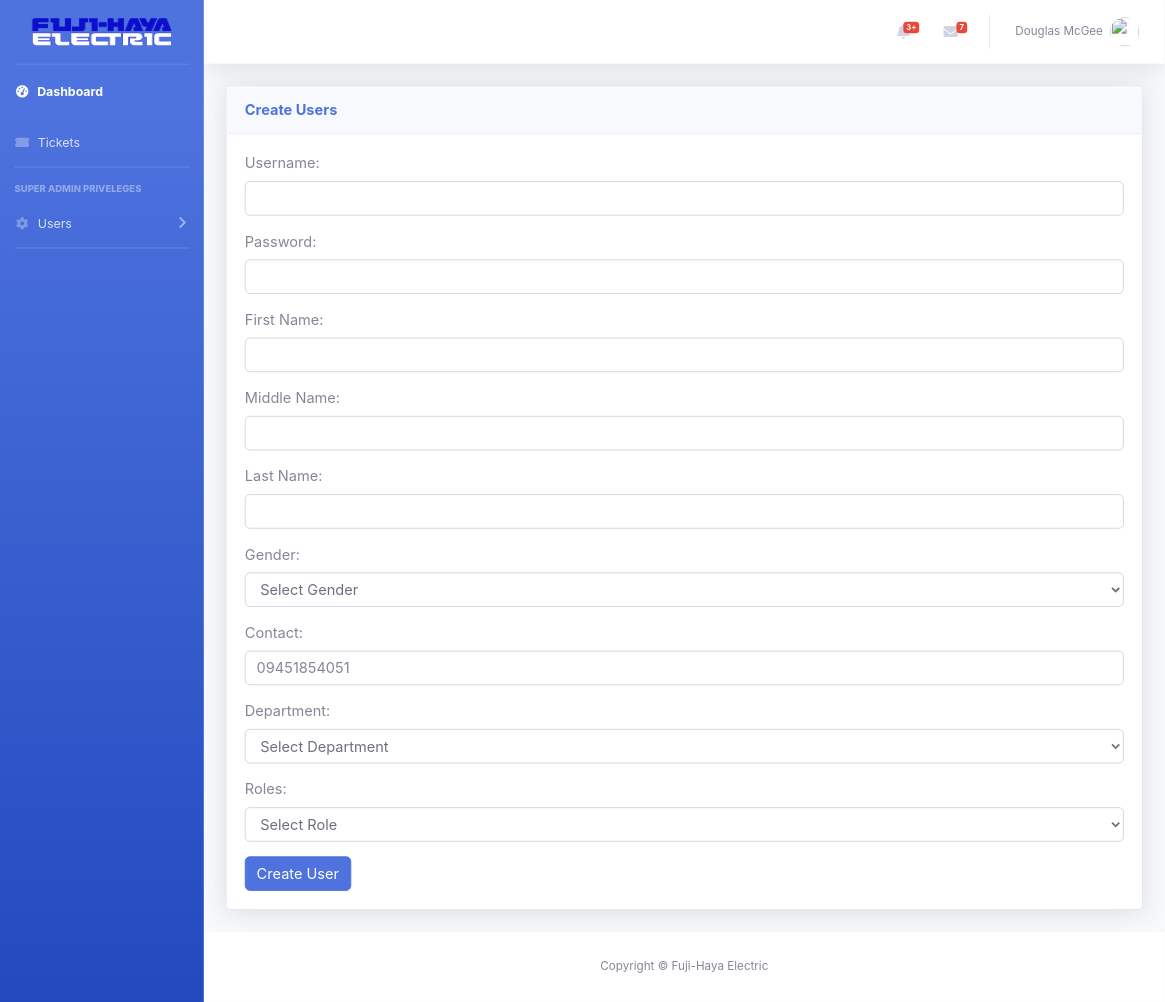
Repository: ejerasga/ticket-inventory
Page: http://localhost/user/create
These files come from the project's save history. The page is drawn as it stood at one moment and after the next save; the edit follows.
The browser window is 1280 px wide. The pictures show the whole page, at 91% of full size.
The page is served by the project's Laravel application, run on PHP 8.4 with Laravel 10. Queries for data that is not in the repository find no rows.

Above is the page before, as saved 2025-02-13 16:32:54.

After the next save:
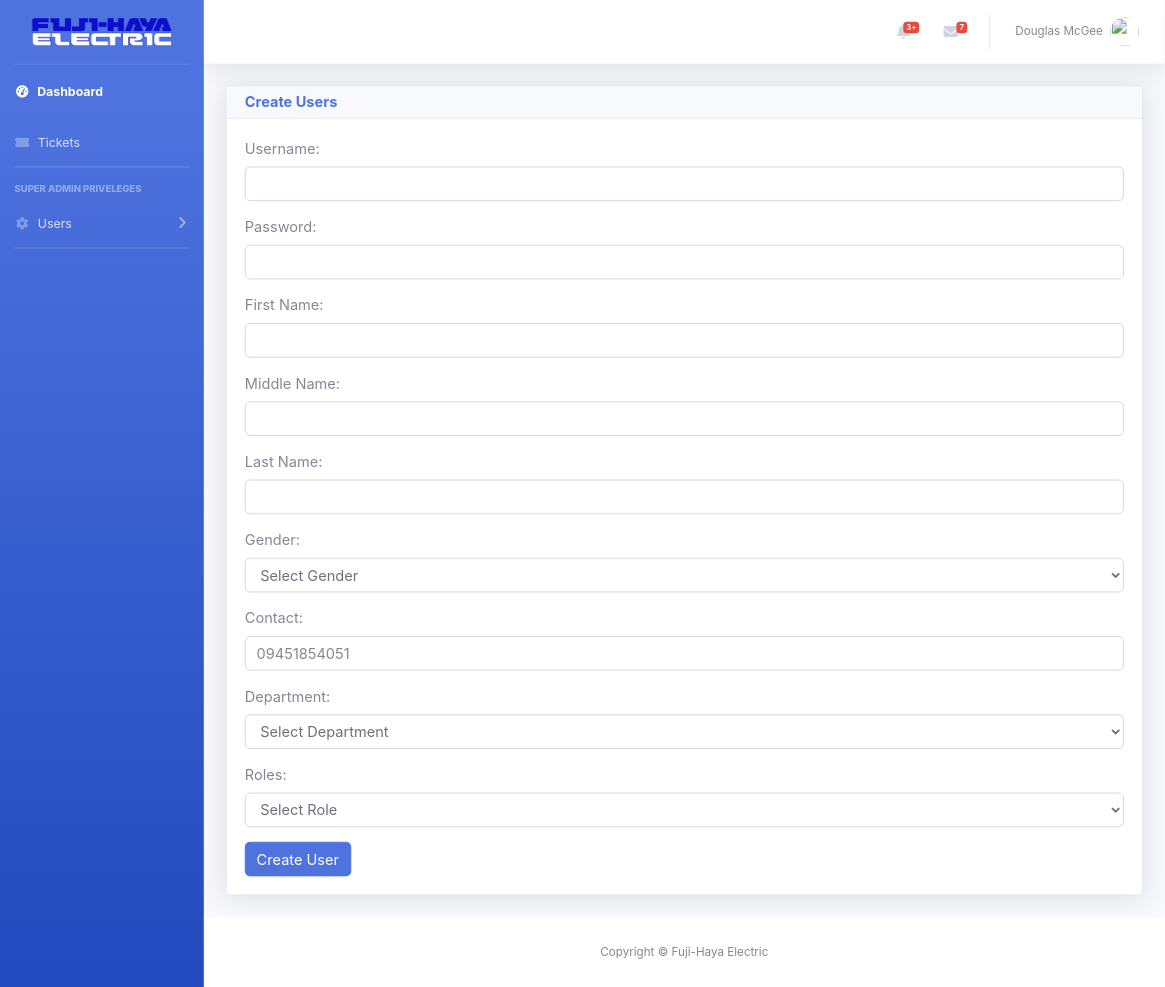
Saved 48 s later.
--- a/resources/views/users/create_users.blade.php
+++ b/resources/views/users/create_users.blade.php
@@ -10,7 +10,7 @@
         </div> --}}
 
         <div class="card shadow mb-4">
-            <div class="card-header py-3">
+            <div class="card-header py-2">
                 <h6 class="m-0 font-weight-bold text-primary">Create Users</h6>
             </div>
             <div class="card-body">
